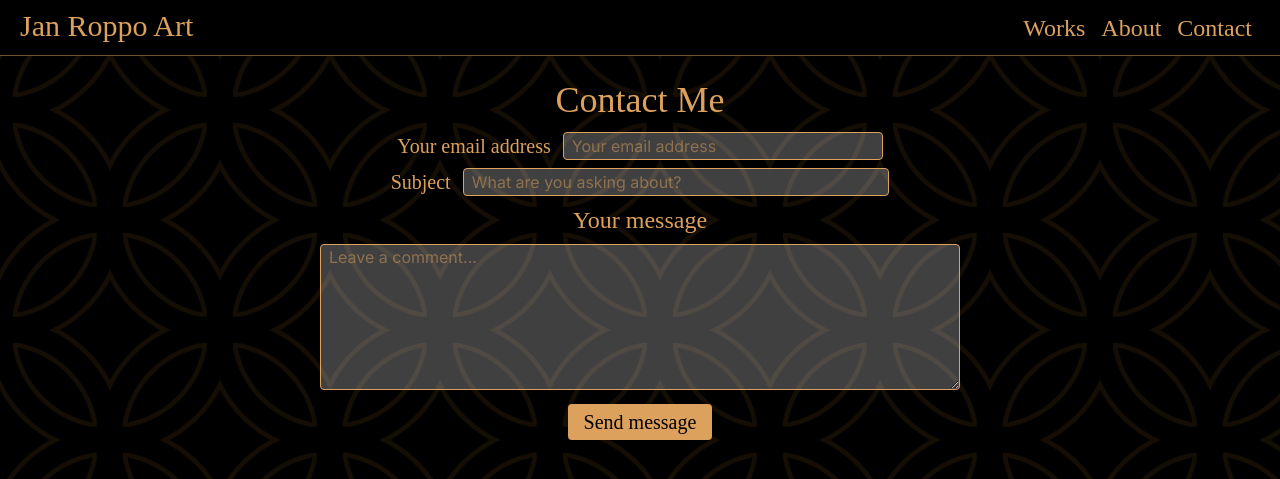
Repository: YanceMcFinn/JRArt
Page: /contact
An editor plug-in stored every save of this project. The page is shown before and after the next save, followed by the edit.
The browser window is 1280 px wide. The pictures show the whole page.
Some web fonts or font styles are not loaded; a fallback is used. The project was rebuilt for these pictures with package versions that can differ from the ones it lists, and the page was loaded fresh each time. The framework's server and built-in components were replaced by stand-ins that run in the browser. Also part of the build but not shown: next.config.js.

Above is the page before, as saved 2023-10-29 14:21:02.

After the next save:
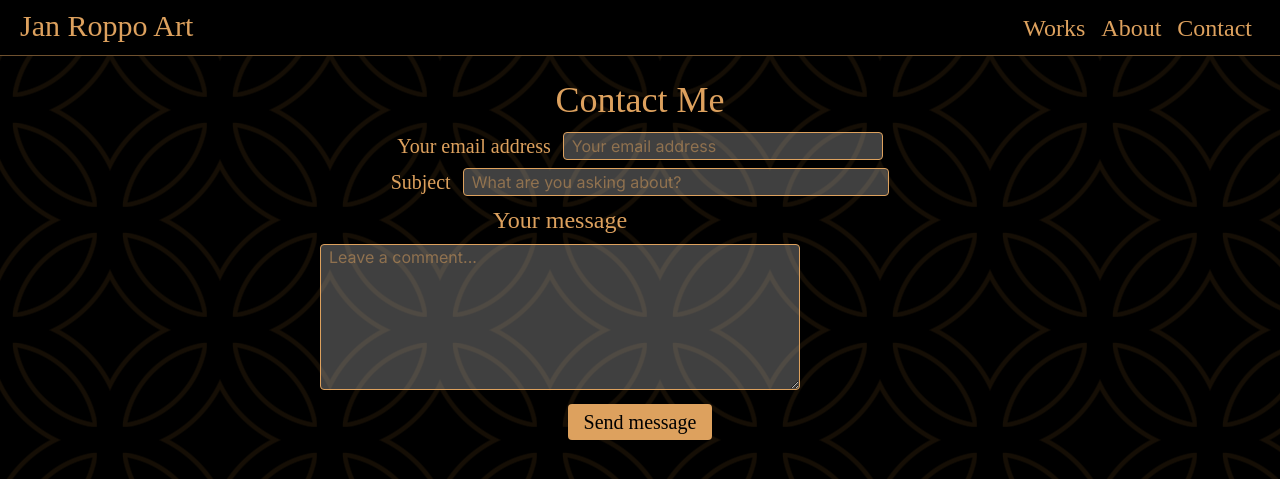
Saved 88 s later.
--- a/app/contact/page.jsx
+++ b/app/contact/page.jsx
@@ -15,10 +15,10 @@ export default function Contact() {
                         <label for="subject" className='pr-3 title text-xl'>Subject</label>
                         <input type="text" id="subject" className='rounded w-4/6 px-2 bg-white/25 border border-main-color text-main-color placeholder-main-color/50 focus:border-main-color focus:border-2 focus:outline-none focus:ring-0' placeholder="What are you asking about?" required/>
                     </div>
-                <div>
-              <label for="message" className='title text-2xl' >Your message</label><br/>
-              <textarea id="message" rows="6" placeholder="Leave a comment..." className='rounded w-full px-2 mt-2 bg-white/25 border border-main-color text-main-color placeholder-main-color/50 focus:border-main-color focus:border-2 focus:outline-none focus:ring-0'></textarea>
-          </div>
+                    <div className='w-9/12'>
+                        <label for="message" className='title text-2xl' >Your message</label><br/>
+                        <textarea id="message" rows="6" placeholder="Leave a comment..." className='rounded w-full px-2 mt-2 bg-white/25 border border-main-color text-main-color placeholder-main-color/50 focus:border-main-color focus:border-2 focus:outline-none focus:ring-0'></textarea>
+                    </div>
           <button type="submit" className='bg-main-color text-black title text-xl rounded px-4 py-1 mt-2'>Send message</button>
       </form>
         </div>
